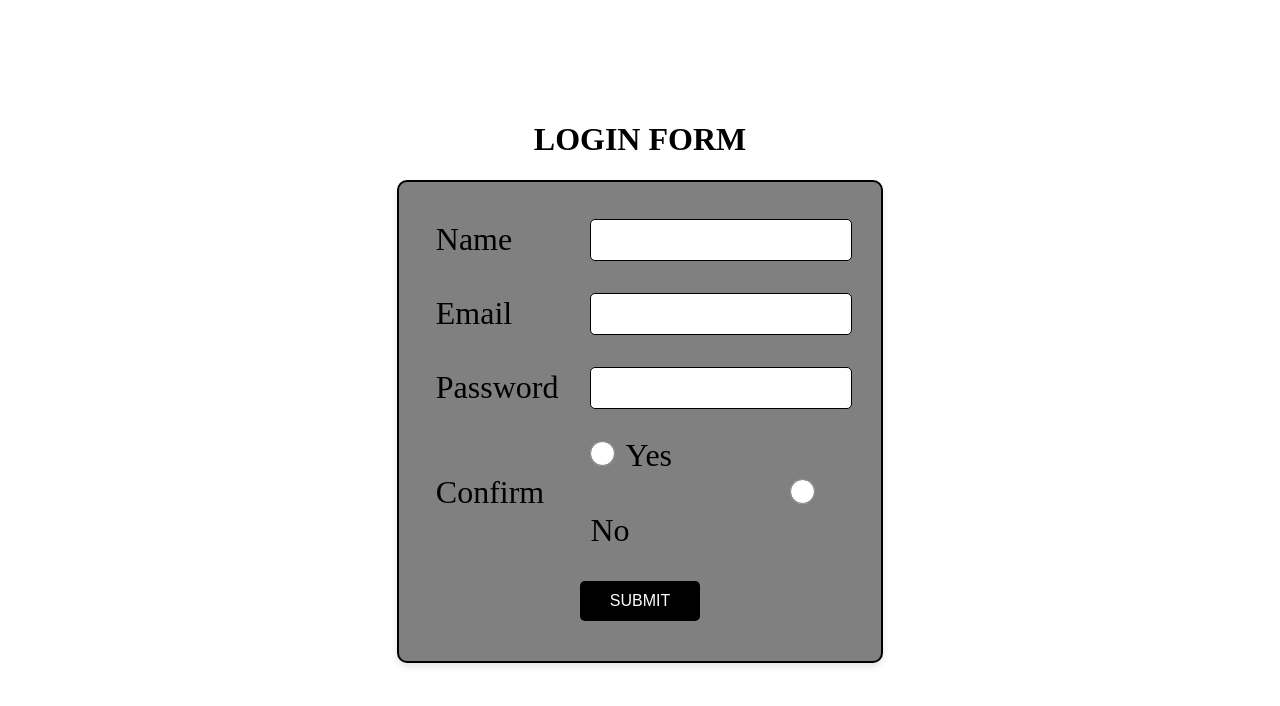
Repository: obusakthi539/Loginform
Page: Form.html
These files come from the project's save history. The page is drawn as it stood at one moment and after the next save; the edit follows.
The browser window is 1280 px wide. The pictures show the whole page.

Above is the page before, as saved 2025-01-11 14:25:00.

After the next save:
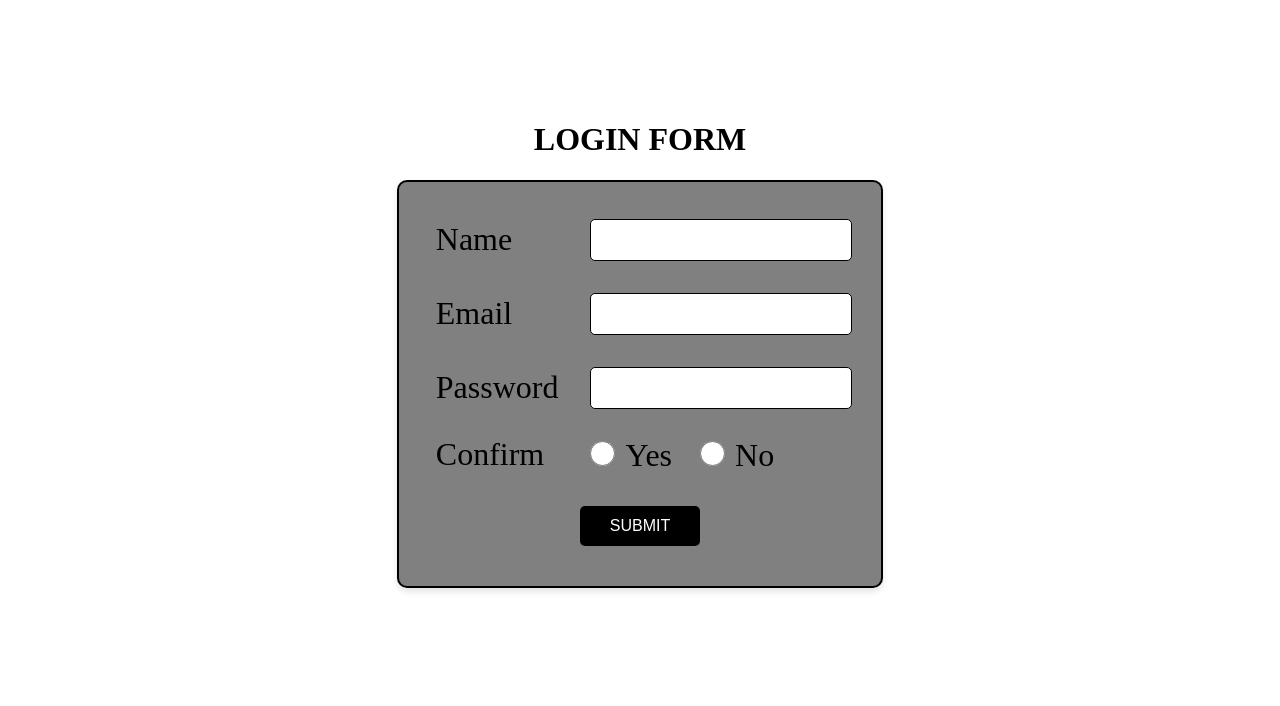
Saved 5 s later.
--- a/Form.html
+++ b/Form.html
@@ -80,7 +80,7 @@
                     <td><label for="">Confirm</label></td>
                     <td>
                         <input type="radio" name="a" id="i">Yes
-                        <input type="radio" name="a" id="i" style="margin-left: 200px;">No
+                        <input type="radio" name="a" id="i" style="margin-left: 20px;">No
                     </td>
                 </tr>
             </table>
